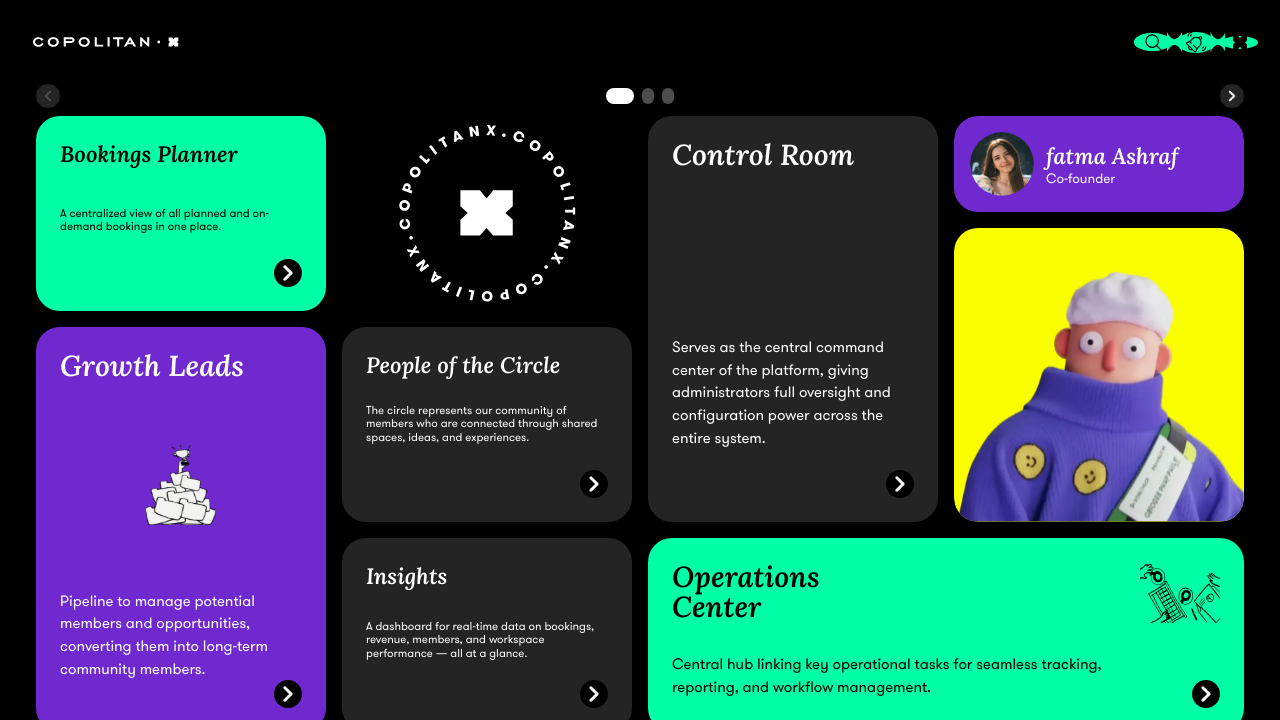
Repository: mohameddtalal/Copolitan-X
Page: /dashboard
An editor plug-in stored every save of this project. The page is shown before and after the next save, followed by the edit.
The browser window is 1280 px wide. The pictures show the whole page.
The project was rebuilt for these pictures with package versions that can differ from the ones it lists, and the page was loaded fresh each time. The framework's server and built-in components were replaced by stand-ins that run in the browser. Also part of the build but not shown: next.config.ts.

Above is the page before, as saved 2026-02-10 15:48:36.

### src/app/layout.tsx
import type { Metadata } from "next";
import { Geist, Geist_Mono } from "next/font/google";
import "./globals.css";
import Navbar from "@/components/Navbars/NavbarDynamic";
import { NavProvider } from "@/components/Context/Navcontext";

const geistSans = Geist({
  variable: "--font-geist-sans",
  subsets: ["latin"],
});

const geistMono = Geist_Mono({
  variable: "--font-geist-mono",
  subsets: ["latin"],
});

export const metadata: Metadata = {
  title: "Create Next App",
  description: "Generated by create next app",
};

export default function RootLayout({
  children,
}: Readonly<{
  children: React.ReactNode;
}>) {
  return (
    <html lang="en">
      <body
        className={`${geistSans.variable} ${geistMono.variable} antialiased  w-full flex flex-col m-0 p-0`}
      >

        <NavProvider>
          <div className="flex-shrink-0">
            <Navbar />
          </div>
          <div className="flex-1 overflow-auto w-full">
            {children}
          </div>
        </NavProvider>

      </body>
    </html>
  );
}

### src/app/(pages)/dashboard/page.tsx

'use client';

import BentoGrid from "@/components/BentoGrid/BentoGrid";





export default function DashboardPage() {
  return (
      <>
        <BentoGrid/>
      </>
  );
}

### src/app/globals.css
@import "tailwindcss";



:root {
  --background: #000000;
  --foreground: #ffffff;
  --green: #00ffa6;
}



@theme inline {
  --color-background: var(--background);
  --color-foreground: var(--foreground);
}

@media (prefers-color-scheme: dark) {
  :root {
    --background: #000000;
    --foreground: #ffffff;
  }
}

/* GT Walsheim */
@font-face {
  font-family: "GT Walsheim";
  src: url("/fonts/GT-Walsheim-Pro-Light.ttf") format("truetype");
  font-weight: 300;
  font-style: normal;
  font-display: swap;
}

@font-face {
  font-family: "GT Walsheim";
  src: url("/fonts/GT-Walsheim-Pro-Regular.ttf") format("truetype");
  font-weight: 400;
  font-style: normal;
  font-display: swap;
}

@font-face {
  font-family: "GT Walsheim";
  src: url("/fonts/GT-Walsheim-Pro-Medium.ttf") format("truetype");
  font-weight: 500;
  font-style: normal;
  font-display: swap;
}

@font-face {
  font-family: "GT Walsheim";
  src: url("/fonts/GT-Walsheim-Pro-Bold.ttf") format("truetype");
  font-weight: 700;
  font-style: normal;
  font-display: swap;
}

@font-face {
  font-family: "GT Walsheim";
  src: url("/fonts/GT-Walsheim-Pro-Ultra-Bold.ttf") format("truetype");
  font-weight: 800;
  font-style: normal;
  font-display: swap;
}

@font-face {
  font-family: "GT Walsheim";
  src: url("/fonts/GT-Walsheim-Pro-Ultra-Bold-Oblique.ttf") format("truetype");
  font-weight: 800;
  font-style: italic;
  font-display: swap;
}

@font-face {
  font-family: "Lora";
  src: url("/fonts/Lora-Italic.ttf") format("truetype");
  font-weight: 400;
  font-style: italic;
  font-display: swap;
}

@font-face {
  font-family: "Lora";
  src: url("/fonts/Lora-MediumItalic.ttf") format("truetype");
  font-weight: 500;
  font-style: italic;
  font-display: swap;
}

@font-face {
  font-family: "Lora";
  src: url("/fonts/Lora-SemiBoldItalic.ttf") format("truetype");
  font-weight: 600;
  font-style: italic;
  font-display: swap;
}

@font-face {
  font-family: "Lora";
  src: url("/fonts/Lora-BoldItalic.ttf") format("truetype");
  font-weight: 700;
  font-style: italic;
  font-display: swap;
}

body {
  background: var(--background);
  color: var(--foreground);
  font-family:
    "GT Walsheim",
    "Lora",
}

.font-gtwalsheim {
  font-family: "GT Walsheim";
  font-weight: 400;
}

.font-lora {
  font-family: "Lora";
}

.lora-semibold-italic {
  font-family: "Lora";
  font-weight: 600;
  font-style: italic;
}



.title-lg {
  font-size: clamp(1.125rem, 0.8571rem + 1.1905vw, 2rem);
  line-height: 30px;
}

.desc-lg {
  font-size: clamp(0.75rem, 0.6735rem + 0.3401vw, 1rem);
}

.title-md {
  font-size: clamp(1rem, 0.8469rem + 0.6803vw, 1.5rem);
  line-height: clamp(1.375rem, 1.1837rem + 0.8503vw, 2rem);
}

.desc-md {
  font-size: clamp(0.75rem, 0.7117rem + 0.1701vw, 0.875rem);
  line-height: clamp(0.75rem, 0.7117rem + 0.1701vw, 0.875rem);
}

.title-sm {
  font-size: clamp(1rem, 0.8469rem + 0.6803vw, 1.5rem);
  line-height: clamp(1.375rem, 1.1837rem + 0.8503vw, 2rem);
}

.desc-sm {
  font-size: clamp(0.625rem, 0.5867rem + 0.1701vw, 0.75rem);
  line-height: clamp(0.75rem, 0.7117rem + 0.1701vw, 0.875rem);
}
@media (min-height: 670px) {
body,html{
height: 100%;
}
}


/* width */
::-webkit-scrollbar {
  width: 8px;
  height: 8px;
}

/* Track */
::-webkit-scrollbar-track {
  background: transparent;
}

/* Handle */
::-webkit-scrollbar-thumb {
  background-color: #555;
  border-radius: 9999px;
  border: 2px solid transparent;
  background-clip: content-box;
}

/* Handle on hover */
::-webkit-scrollbar-thumb:hover {
  background-color: #777;
}

/* Flip Card Styles */
.perspective-1000 {
  perspective: 1000px;
}
.flip-wrapper {
  width: 100%;
  height: 100%;
  position: relative;
  transform-style: preserve-3d;
  cursor: pointer;
}

.flip-front,
.flip-back {
  backface-visibility: hidden;
  position: absolute;
  top: 0;
  left: 0;
  width: 100%;
  height: 100%;
}

.flip-front {
  z-index: 2;
  transform: rotateY(0deg);
}

.flip-back {
  transform: rotateY(180deg);
}

.rotate-y-180 {
  transform: rotateY(180deg);
}


.card-back-scroller {
  flex: 1;
  overflow-y: auto;
  margin-top: auto;
}

### src/components/Navbars/NavbarDynamic.tsx
"use client";
import { useRouter } from "next/navigation";
import Link from "next/link";
import Image from "next/image";
import { useState } from "react";
import { useNav } from "@/components/Context/Navcontext";
import styles from "./Navbar.module.css"

const Navbar = () => {
  const [isSearchOpen, setIsSearchOpen] = useState(false);
  const [searchText, setSearchText] = useState("");
  const { selectedTitle, selectedButton } = useNav();
  const router = useRouter();
  const handleSearch = () => {
    setIsSearchOpen((prev) => !prev); // toggle input
  };
  return (
    <nav className={styles.navbar }>
      <div className={styles.row}>
        <Link href="/dashboard">
          <div className="logo">
            <Image
              src="/navbar/Layer_1.svg"
              alt="LogoImage"
              className={styles.logoImg}
              width={301}
              height={26}
            />
          </div>
        </Link>
        <div className={styles.navInside}>
          <div
            className={styles.title}
          >
            <p>{selectedTitle}</p>
          </div>
          <div
            className={styles.selectedBtn}

          >
            <p>{selectedButton}</p>
          </div>
        </div>
        <div className={styles.navItems} >
          {isSearchOpen && (
            <input
              type="text"
              className={styles.searchInput}
              placeholder="Search..."
              value={searchText}
              onChange={(e) => setSearchText(e.target.value)}
              autoFocus
            />
          )}
          <div className={styles.search}>
            <button
              className={styles.search}
              style={{ zIndex: 10, cursor: "pointer" }}
              onClick={handleSearch}
            >
              <Image
                className="search-img"
                src="/navbar/search.svg"
                alt="search"
                width={18}
                height={18}
              />
            </button>
            {/* Search input (show only if open) */}
          </div>
          <div className={styles.line}></div>
          <div className={styles.notifications}>
            <button
              className="notification"
              style={{ cursor: "pointer" }}
              onClick={() => router.push("/notificationPage")}
            >
              <Image
                className="notification-img"
                src="/navbar/notification.svg"
                alt="notification"
                width={21}
                height={21}
              />
            </button>
          </div>
          <div className={styles.line}></div>
          <div className={styles.quote}>
            <Image
              src="/navbar/quote.svg"
              alt="quote"
              width={14}
              height={13}
              className="quote-img"
            />
          </div>
        </div>
      </div>
    </nav>
  );
};

export default Navbar;

### src/components/Context/Navcontext.tsx
"use client";

import { createContext, useContext, useState } from "react";

const NavContext = createContext<any>(null);

export function NavProvider({ children }: { children: React.ReactNode }) {
  const [selectedTitle, setSelectedTitle] = useState("");
  const [selectedButton, setSelectedButton] = useState("");

  return (
    <NavContext.Provider
      value={{ selectedTitle, setSelectedTitle, selectedButton, setSelectedButton }}
    >
      {children}
    </NavContext.Provider>
  );
}

export function useNav() {
  return useContext(NavContext);
}

### src/components/BentoGrid/BentoGrid.tsx
import React, { useState } from 'react';
import { motion } from 'framer-motion';
import Navigation from '../Navigation/Navigation';
import PageContainer from '../PageContainer/PageContainer';
import BadgeCard from '../BadgeCard/BadgeCard';

const BentoGrid = () => {
    const [currentPage, setCurrentPage] = useState(0);

    // Dummy data for cards - 3 pages × 12 cards each
    const pages = [
        // Page 1
        [
            { id: 1, title: "Bookings Planner", description: "A centralized view of all planned and on-demand bookings in one place.", color: "bg-[var(--green)]", span: "col-span-1 row-span-1", flippable: true },
            { id: 2, title: "", description: "", color: "bg-[var(--background)]", span: "col-span-1 row-span-1", image: "/cards/CIRCULAR TEXT.svg" },
            { id: 3, title: "Control Room", description: "Serves as the central command center of the platform, giving administrators full oversight and configuration power across the entire system.", color: "bg-[#242424]", span: "col-span-1 row-span-2", flippable: true },
            { id: 4, title: "fatma Ashraf", description: "Co-founder", color: "bg-[var(--background)]", span: "col-span-1 row-span-2", isSplit: true, profileImage: "/cards/profile.svg", characterImage: "/cards/character.svg" },
            { id: 5, title: "Growth Leads", description: "Pipeline to manage potential members and opportunities, converting them into long-term community members.", color: "bg-[#7029CF]", span: "col-span-1 row-span-2", cardImage: "/cards/card5.svg", layoutType: "column" },
            { id: 6, title: "People of the Circle", description: "The circle represents our community of members who are connected through shared spaces, ideas, and experiences.", color: "bg-[#242424]", span: "col-span-1 row-span-1" },
            { id: 7, title: "Insights", description: "A dashboard for real-time data on bookings, revenue, members, and workspace performance — all at a glance.", color: "bg-[#242424]", span: "col-span-1 row-span-1" ,flippable: true },
            { id: 8, title: "Operations \nCenter", description: "Central hub linking key operational tasks for seamless tracking, reporting, and workflow management.", color: "bg-[var(--green)]", span: "col-span-2 row-span-1", cardImage: "/cards/card8.svg", layoutType: "row" },
        ],
        // Page 2
        [
            { id: 9, title: "Partnerships Network", description: "Oversee and manage all partnerships, deals, and strategic collaborations", color: "bg-[#FFD3D2]", span: "col-span-1 row-span-1", flippable: true },
            { id: 2, title: "", description: "", color: "bg-[var(--background)]", span: "col-span-1 row-span-1", image: "/cards/CIRCULAR TEXT.svg" },
            { id: 10, title: "Security \nControl", description: "Serves as the central command center of the platform, giving administrators full oversight and configuration power across the entire system.", color: "bg-[#242424]", span: "col-span-1 row-span-2", cardImage: "/cards/card11.svg", layoutType: "column" },
            { id: 4, title: "fatma Ashraf", description: "Co-founder", color: "bg-[var(--background)]", span: "col-span-1 row-span-2", isSplit: true, profileImage: "/cards/profile.svg", characterImage: "/cards/character.svg" },
            { id: 11, title: "Finance Center", description: "A control panel for streamlined financial records and insights collaborations.", color: "bg-[#242424]", span: "col-span-1 row-span-2" },
            { id: 12, title: "Experience& \nEngagement Lab", description: "A tools lab that drives engagement and growth where experience is refined and elevated.", color: "bg-[#242424]", span: "col-span-1 row-span-1" },
            { id: 13, title: "Data Hub", description: "A streamlined repository for all data collect, analyze, and access key metrics to drive informed decisions.", color: "bg-[#242424]", span: "col-span-1 row-span-1" },
            { id: 14, title: "Facility \nManagement ", description: "Central hub linking key operational tasks for seamless tracking, reporting, and workflow management.", color: "bg-[#242424]", span: "col-span-2 row-span-1", cardImage: "/cards/card15.svg", layoutType: "row" },
        ],
        // Page 3
        [
            { id: 15, title: "Data Hub", description: "A streamlined repository for all data collect, analyze, and access key metrics to drive informed decisions.", color: "bg-[#FFD3D2]", span: "col-span-1 row-span-1", flippable: true },
            { id: 2, title: "", description: "", color: "invisible pointer-events-none", span: "col-span-1 row-span-1", image: "/cards/CIRCULAR TEXT.svg" },
            { id: 10, title: "Security \nControl", description: "Serves as the central command center of the platform, giving administrators full oversight and configuration power across the entire system.", color: "invisible pointer-events-none", span: "col-span-1 row-span-2", cardImage: "/cards/card11.svg", layoutType: "column" },
            { id: 4, title: "fatma Ashraf", description: "Co-founder", color: "bg-[var(--background)]", span: "col-span-1 row-span-2", isSplit: true, profileImage: "/cards/profile.svg", characterImage: "/cards/character.svg" },
            { id: 11, title: "Finance Center", description: "A control panel for streamlined financial records and insights collaborations.", color: "invisible pointer-events-none", span: "col-span-1 row-span-2" },
            { id: 12, title: "Experience& \nEngagement Lab", description: "A tools lab that drives engagement and growth where experience is refined and elevated.", color: "invisible pointer-events-none", span: "col-span-1 row-span-1" },
            { id: 13, title: "Data Hub", description: "A streamlined repository for all data collect, analyze, and access key metrics to drive informed decisions.", color: "invisible pointer-events-none", span: "col-span-1 row-span-1" },
            { id: 14, title: "Facility \nManagement ", description: "Central hub linking key operational tasks for seamless tracking, reporting, and workflow management.", color: "invisible pointer-events-none", span: "col-span-2 row-span-1", cardImage: "/cards/card15.svg", layoutType: "row" },
        ],



    ];
    const nextPage = () => {
        if (currentPage < pages.length - 1) {
            setCurrentPage(currentPage + 1);
        }
    };

    const prevPage = () => {
        if (currentPage > 0) {
            setCurrentPage(currentPage - 1);
        }
    };

    return (
        <div className="w-full h-full  px-1 sm:px-1 md:px-2 lg:px-3 xl:px-5 flex flex-col overflow-hidden">
            {/* Navigation Section */}
            <Navigation
              currentPage={currentPage}
              pages={pages}
              setCurrentPage={setCurrentPage}
              totalPages={pages.length}
              onPrev={prevPage}
              onNext={nextPage}
            />

            {/* Grid Container */}
            <div className="flex-1 overflow-hidden w-full min-h-0">
                <div
                    className="flex  w-full transition-transform duration-1000 ease-[cubic-bezier(0.16,1,0.3,1)]"
                    style={{ transform: `translateX(-${currentPage * 100}%)` }}
                >
                    {pages.map((page, pageIndex) => (
                        <PageContainer key={pageIndex}>
                            {page.map((card) => (
                                <BadgeCard key={card.id} card={card} />
                            ))}
                        </PageContainer>
                    ))}
                </div>
            </div>


        </div>
    );
};

export default BentoGrid;

### src/components/Navbars/Navbar.module.css
.navbar{

  background-color: var(--background);



}
.logoImg {
margin: 0;
padding-inline: 2.0625rem;

}
.navInside {
  display: flex;
  flex-direction: column;
  justify-content: center;
  align-items: center;
  padding: 16px 0px;
  gap: 3px;
  width: 100%;
}
.navItems {
  position: relative;
  display: flex;
  align-items: center;
  margin: clamp(0.9375rem, 0.7641rem + 0.7666vw, 1.5rem);
}
.searchInput {
  position: absolute;
  right: 87px;
  top: 50%;
  transform: translateY(-50%);
  padding: 6px 20px;
  border-radius: 48px;
  border: 1px solid var(--hot-purple);
  outline: none;
  font-size: 14px;
  width: 217px;
  height: 36px;
}
.line {
  margin: 0 -4px;
  width: 15px;
  height: 40px;
  padding: 0;
  border: none;
  background-color: var(--green);
  display: block;
  flex-shrink: 0;
  clip-path: polygon(
    0% 25%,
    0% 10%,
    0% 0%,
    0% 100%,
    0% 90%,
    0% 75%,
    10% 68%,
    20% 63%,
    30% 60%,
    40% 58%,
    50% 57%,
    60% 58%,
    70% 60%,
    80% 63%,
    90% 68%,
    100% 75%,
    100% 90%,
    100% 100%,
    100% 0%,
    100% 10%,
    100% 25%,
    90% 32%,
    80% 37%,
    70% 40%,
    60% 42%,
    50% 43%,
    40% 42%,
    30% 40%,
    20% 37%,
    10% 32%
  );
}

.notifications,
.quote,
.search {
  width: 36.5px;
  height: 36;
  display: flex;
  align-items: center;
  justify-content: center;
  background-color: var(--green);
  border-radius: 50%;
  margin: 0;
}
.row {
  display: flex;
  justify-content: space-between;
  align-items: center;
}
.title{
  margin-bottom: 0;
  color: var(--black);
}
.selectedBtn{
  margin-top: 0;
  font-size: 16px;
  color: var(--black);
}

### src/components/Navigation/Navigation.tsx
import React from 'react';

export default function Navigation({
  currentPage,
  totalPages,
  setCurrentPage,
  pages,
  onPrev,
  onNext,
}: {
  currentPage: number;
  totalPages: number;
  setCurrentPage:Function,
  pages:any[],
  onPrev: () => void;
  onNext: () => void;
}) {
  return (
    <div className="flex items-center justify-between  shrink-0 px-1.5 sm:px-2 md:px-2 lg:px-3 xl:px-4  ">
      <div className="flex  justify-between w-full items-center mb-2">
        <button
          onClick={onPrev}
          disabled={currentPage === 0}
          className={`rounded-full  transition-all ${
            currentPage === 0 ? 'cursor-not-allowed' : 'cursor-pointer'
          }`}
        >
          <img
            src={currentPage === 0 ? "/cards/DimmedLeft.svg" : "/cards/Left.svg"}
            alt="Previous"
            className="w-3 h-3 sm:w-4 sm:h-4 lg:w-6 lg:h-6"
          />
        </button>
   {/* Page Indicators */}
            <div className="flex justify-center gap-2 shrink-0 ">
                {pages.map((_, index) => (
                    <button
                        key={index}
                        onClick={() => setCurrentPage(index)}
                        className={`h-4 cursor-pointer rounded-full transition-all ${currentPage === index ? 'w-5 sm:w-7 bg-white' : 'w-3 bg-white/30'
                            }`}
                    />
                ))}
            </div>
        <button
          onClick={onNext}
          disabled={currentPage === totalPages - 1}
          className={`rounded-full transition-all   ${
            currentPage === totalPages - 1 ? 'cursor-not-allowed' : 'cursor-pointer'
          }`}
        >
          <img
            src={currentPage === totalPages - 1 ? "/cards/DimmedRight.svg" : "/cards/Right.svg"}
            alt="Next"
            className="w-3 h-3 sm:w-4 sm:h-4 lg:w-6 lg:h-6"
          />
        </button>
      </div>
    </div>
  );
}

### src/components/PageContainer/PageContainer.tsx
export default function PageContainer({ children }: { children: React.ReactNode }) {


    return (
        <div className="min-w-full h-full px-1.5 sm:px-2 md:px-2 lg:px-3 xl:px-4 flex items-center justify-center ">
            <div className="grid grid-cols-4 grid-rows-3 gap-2 sm:gap-3 lg:gap-4 w-full h-full auto-rows-fr relative">
                {children}
            </div>
        </div>
    )
}

### src/components/BadgeCard/BadgeCard.module.css

.card-3,
.card-10,
.card-11 {
  display: flex;
  height: 100%;
  flex-direction: column;
  justify-content: space-between;
  padding-bottom: 20px;
}

.card-1,
.card-15,
.card-9 {
  display: flex;
  height: 100%;
  flex-direction: column;
  justify-content: space-between;
  padding-bottom: 25px;
}

.card-13,
.card-7 {
  display: flex;
  height: 100%;
  flex-direction: column;
  justify-content: space-between;
  padding-bottom: 20px;
}
.card-6,
.card-12 {
  display: flex;
  height: 100%;
  flex-direction: column;
  justify-content: space-between;
  padding-bottom: 25px;
}

.card-8,
.card-10,
.card-14 {
  display: flex;
  height: 100%;
  flex-direction: column;
  justify-content: space-between;
  padding-bottom: 10px;
}

.card-icon-8,
.card-icon-14,
.card-icon-12 {
  position: absolute;
  right: 24px;
  bottom: 24px;
}

.card-image-4{
  height: 100%;
}

Loaded but not shown: src/components/BadgeCard/BadgeCard.tsx (226 lines, source omitted)

After the next save:
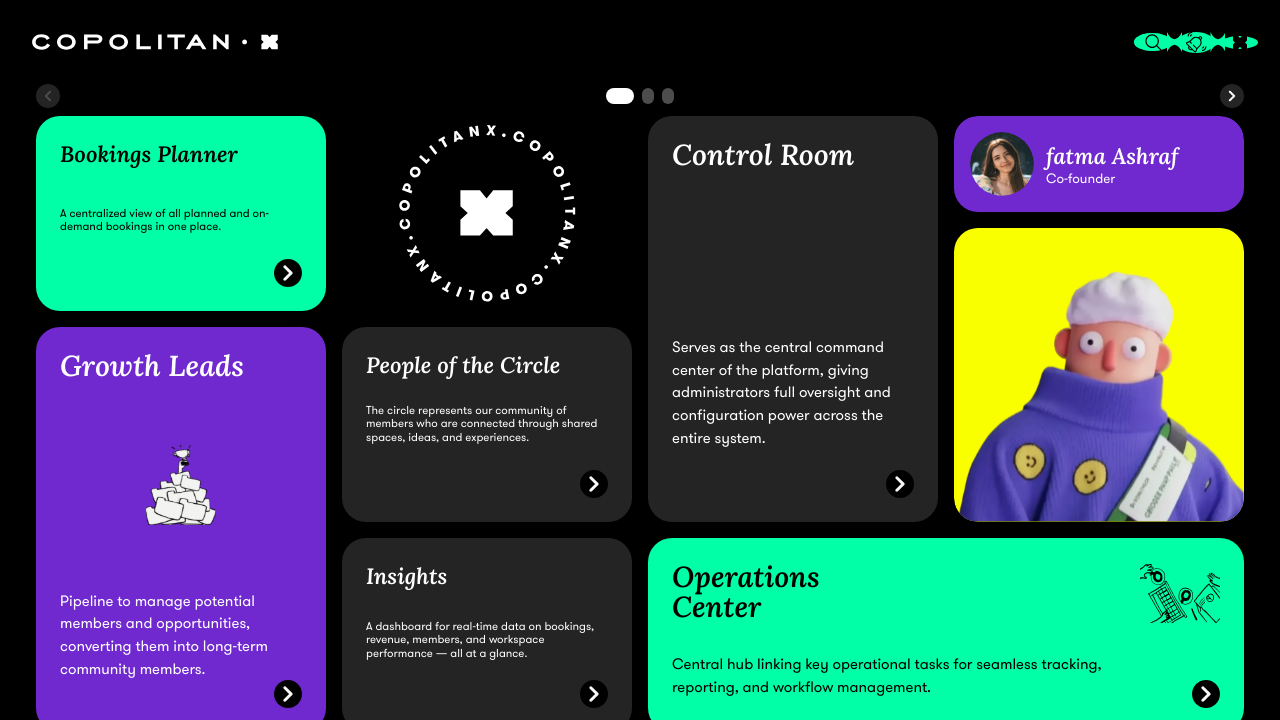
Saved 58 s later.
--- a/src/components/Navbars/Navbar.module.css
+++ b/src/components/Navbars/Navbar.module.css
@@ -6,8 +6,7 @@
 
 }
 .logoImg {
-margin: 0;
-padding-inline: 2.0625rem;
+ margin: clamp(1.75rem, 1.6536rem + 0.4259vw, 2.0625rem);
 
 }
 .navInside {
